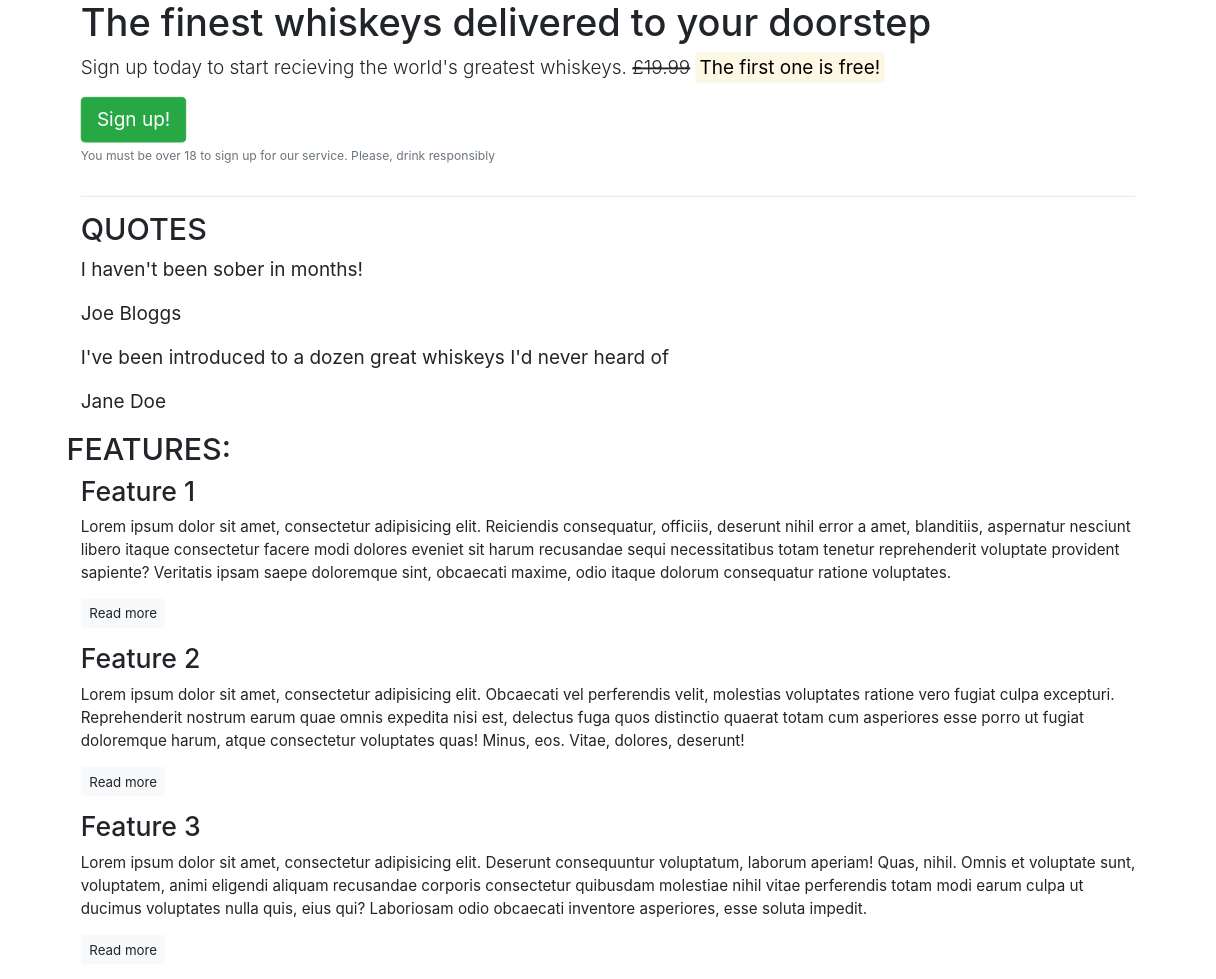
Repository: Matt-F90/Intro-to-bootstrap
Page: index..html
The author's editor kept a record of every edit. The page is drawn from the files as they stood at one moment, then again after the next edit.
The browser window is 1280 px wide. The pictures show the whole page, at 95% of full size.

Above is the page before.
Console error: TypeError: Cannot read properties of undefined (reading 'fn')

After the next edit:
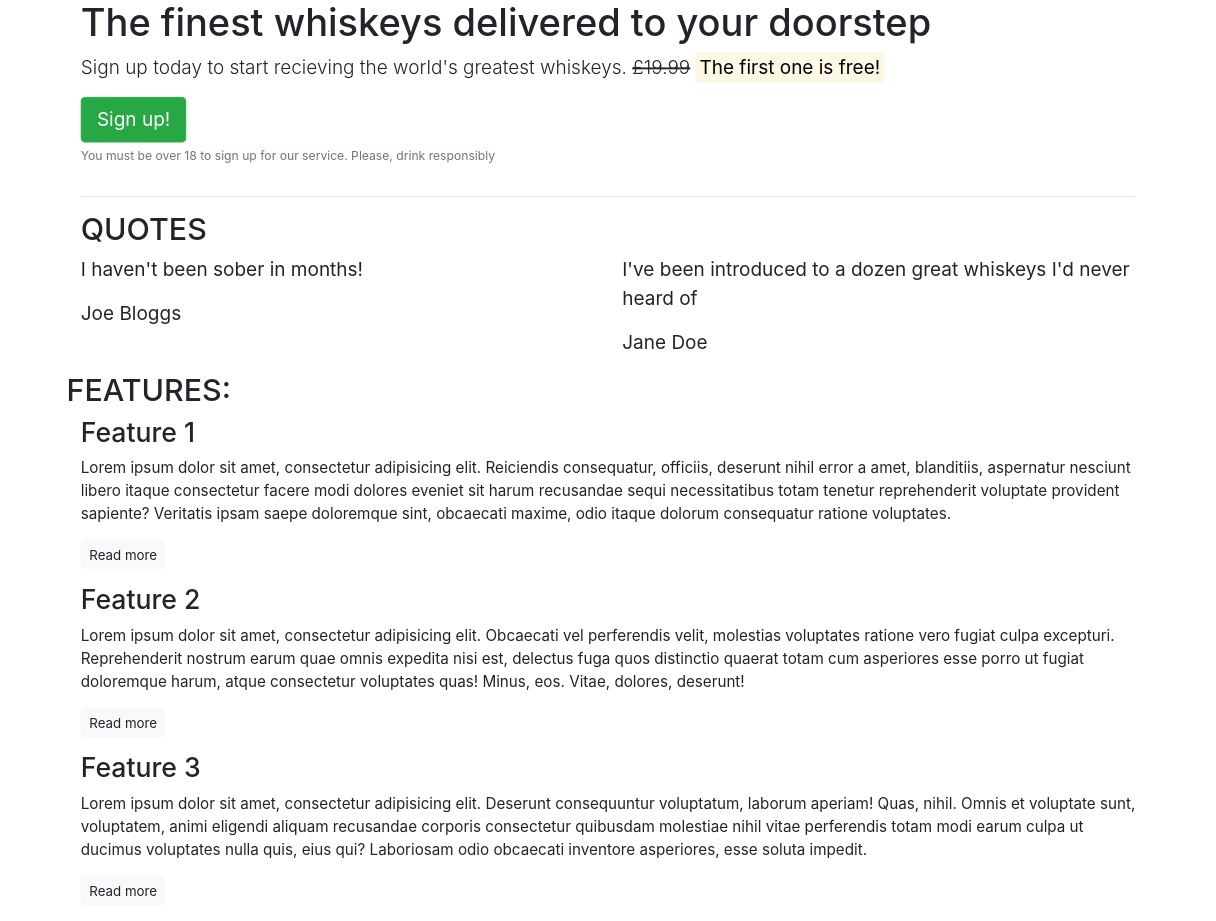
The edit:
--- a/index..html
+++ b/index..html
@@ -38,7 +38,7 @@
                         <p>Joe Bloggs</p>
                     </blockquote>
                 </div>
-                <div class="col-12">
+                <div class="col-12 col-md-6">
                     <blockquote class="blockquote">
                         <p>I've been introduced to a dozen great whiskeys I'd never heard of</p>
                         <p>Jane Doe</p>
